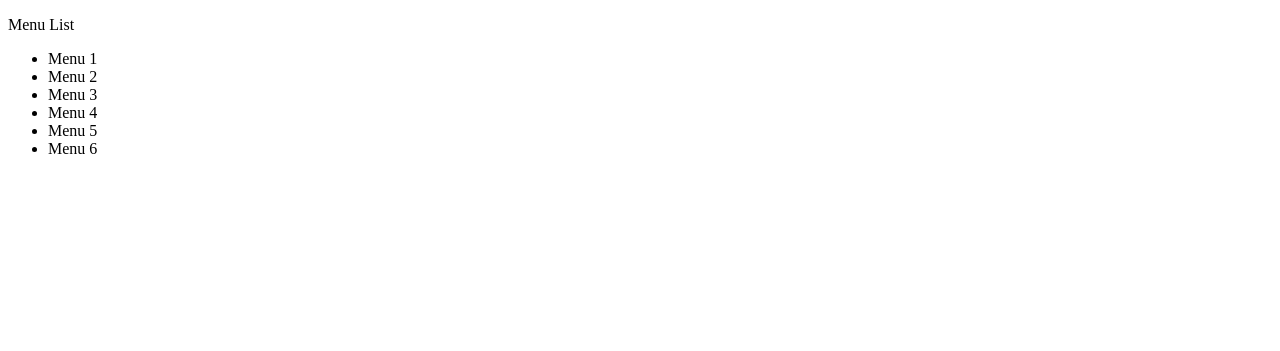
Repository: bjKim2/JSP
Page: HTML/src/main/webapp/Lec04.html
The author's editor kept a copy of each file at every save. The page is drawn from the files as they stood at one save, then again after the next save.
The browser window is 1280 px wide. The pictures show the whole page.

Above is the page before, as saved 2022-03-15 02:47:04.

### HTML/src/main/webapp/Lec04.html
<!DOCTYPE html>
<html>
	<head>
		<meta charset="UTF-8">
		<title>Insert title here</title>
	</head>
	<body>
		<p>Menu List</p>
		<ul>
			<li>Menu 1</li>
			<li>Menu 2</li>
			<li>Menu 3</li>
			<li>Menu 4</li>
			<li>Menu 5</li>
			<li>Menu 6</li>
		</ul>

	</body>
</html>

After the next save:
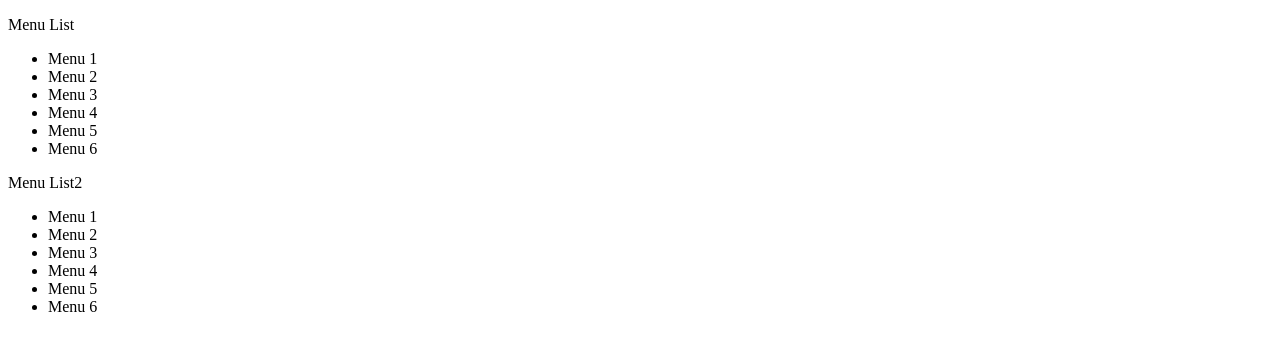
Saved 116 s later.
--- a/HTML/src/main/webapp/Lec04.html
+++ b/HTML/src/main/webapp/Lec04.html
@@ -15,5 +15,17 @@
 			<li>Menu 6</li>
 		</ul>
 
+
+		<p>Menu List2</p>
+		<ul>
+			<li>Menu 1</li>
+			<li>Menu 2</li>
+			<li>Menu 3</li>
+			<li>Menu 4</li>
+			<li>Menu 5</li>
+			<li>Menu 6</li>
+		</ul>
+
+
 	</body>
 </html>
